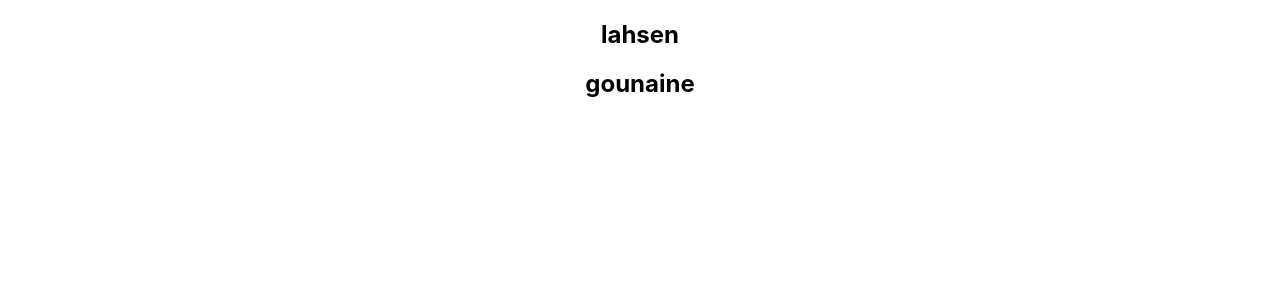
Repository: gounaine/Add_candidat
Page: /
An editor plug-in stored every save of this project. The page is shown before and after the next save, followed by the edit.
The browser window is 1280 px wide. The pictures show the whole page.
The project was rebuilt for these pictures with package versions that can differ from the ones it lists, and the page was loaded fresh each time.

Above is the page before, as saved 2024-05-26 19:21:22.

### src/index.js
import React from 'react';
import ReactDOM from 'react-dom/client';
import './index.css';
import App from './App';
import reportWebVitals from './reportWebVitals';


const root = ReactDOM.createRoot(document.getElementById('root'));
root.render(
  <React.StrictMode>
    <App firstName={"lahsen"}> <p>bob</p> </App>
    <App firstName={"gounaine"}> hello </App>

  </React.StrictMode>
);

// If you want to start measuring performance in your app, pass a function
// to log results (for example: reportWebVitals(console.log))
// or send to an analytics endpoint. Learn more: https://bit.ly/CRA-vitals
reportWebVitals();

### src/App.js

import { Children } from 'react';
import './App.css';

function App({firstName , Children}) {
  return (
    <div className="App">
      <h2>{firstName}</h2>
      <h2>{Children}</h2>
    </div>
  );
}

export default App;

Loaded but not shown: public/index.html (common file); src/index.css (common file); src/reportWebVitals.js (common file); src/App.css (common file)

After the next save:
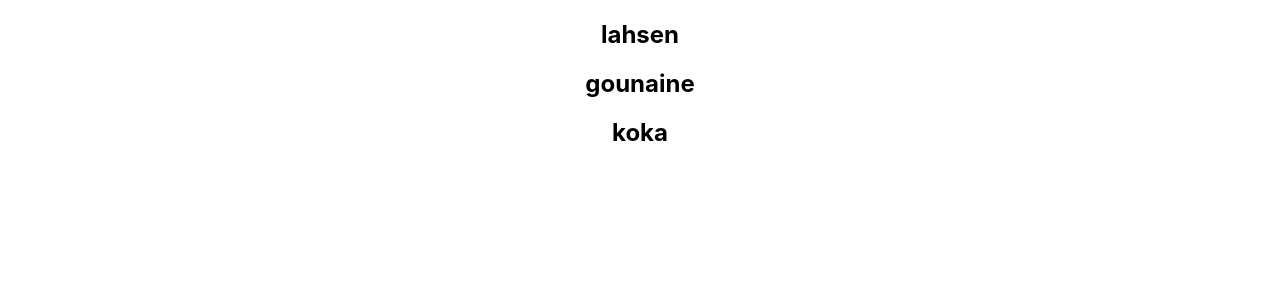
Saved 34 s later.
--- a/src/index.js
+++ b/src/index.js
@@ -8,9 +8,9 @@ import reportWebVitals from './reportWebVitals';
 const root = ReactDOM.createRoot(document.getElementById('root'));
 root.render(
   <React.StrictMode>
-    <App firstName={"lahsen"}> <p>bob</p> </App>
-    <App firstName={"gounaine"}> hello </App>
-
+    <App firstName={"lahsen"}> </App>
+    <App firstName={"gounaine"}>  </App>
+ <App firstName={"koka"} >lahcen</App>
   </React.StrictMode>
 );
 
